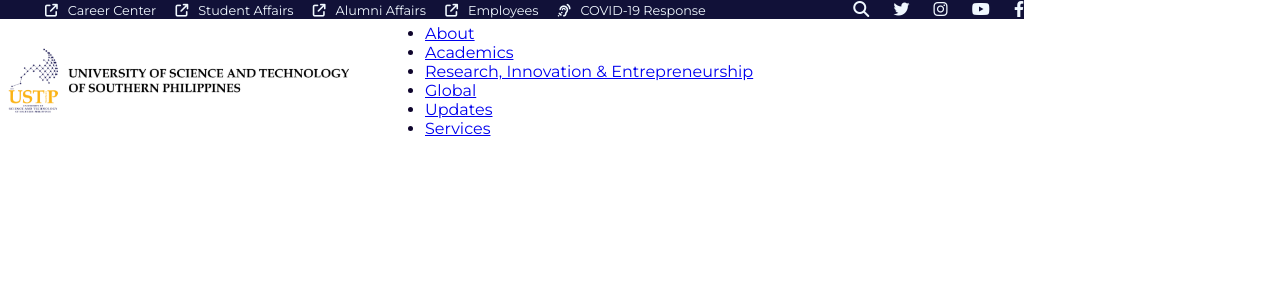
Repository: Joy5345/Colis-MidTerm_PIT
Page: index.html
An editor plug-in stored every save of this project. The page is shown before and after the next save, followed by the edit.
The browser window is 1280 px wide. The pictures show the whole page.

Above is the page before, as saved 2023-07-29 16:18:03.

After the next save:
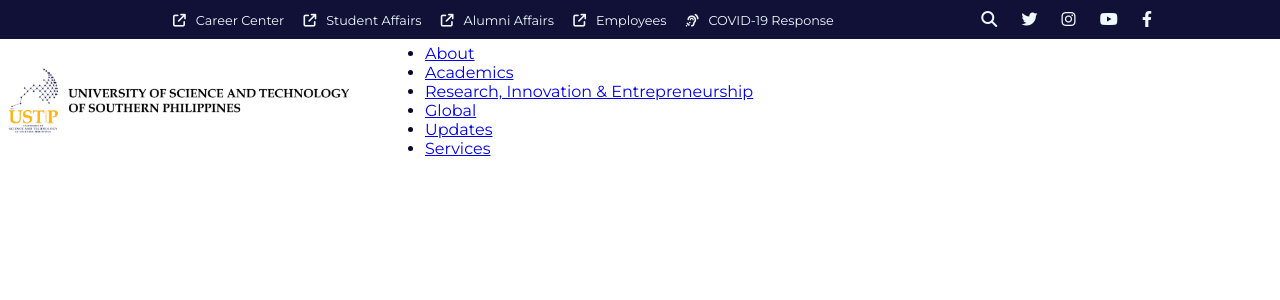
Saved 6 s later.
--- a/css/style.css
+++ b/css/style.css
@@ -3,7 +3,7 @@
     box-sizing: border-box;
     margin: 0 0;
 }
-.main{
+.main1{
     display: flex;
     background-color: rgb(17, 17, 56);
     color: aliceblue;
